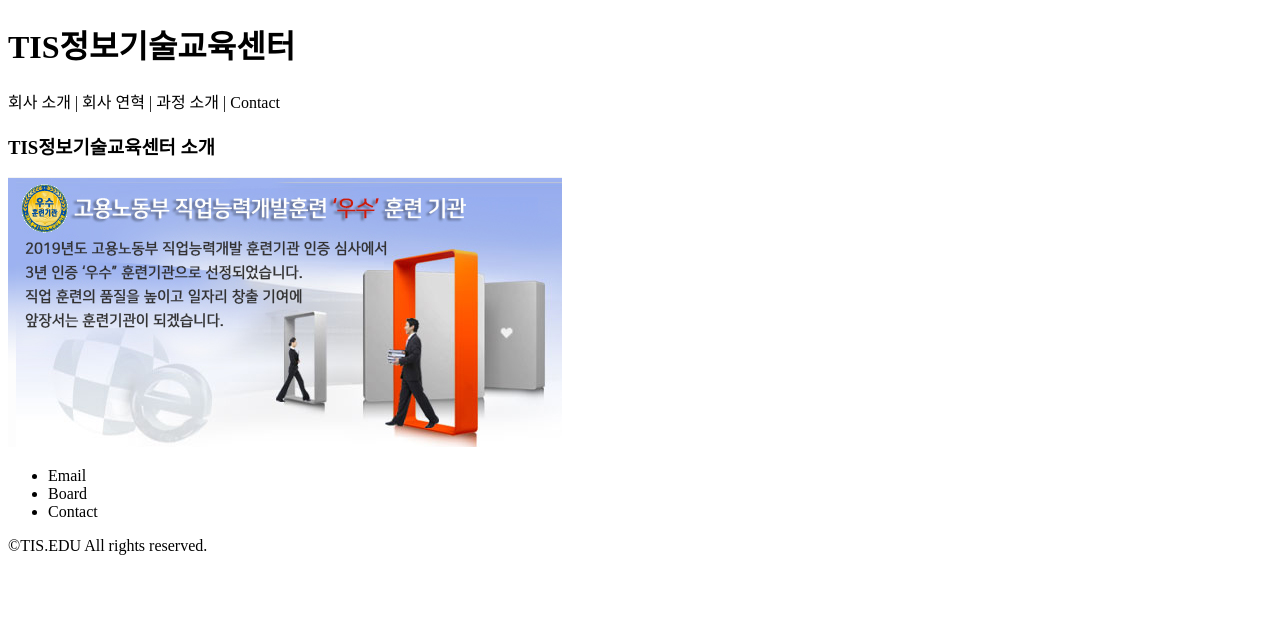
Repository: dkfagh/JSP_WS_2019_1
Page: http://localhost/191112/191112.jsp
These files come from the project's save history. The page is drawn as it stood at one moment and after the next save; the edit follows.
The browser window is 1280 px wide. The pictures show the whole page.
The page is served by Tomcat 9.

Above is the page before, as saved 2019-11-12 06:47:40.

After the next save:
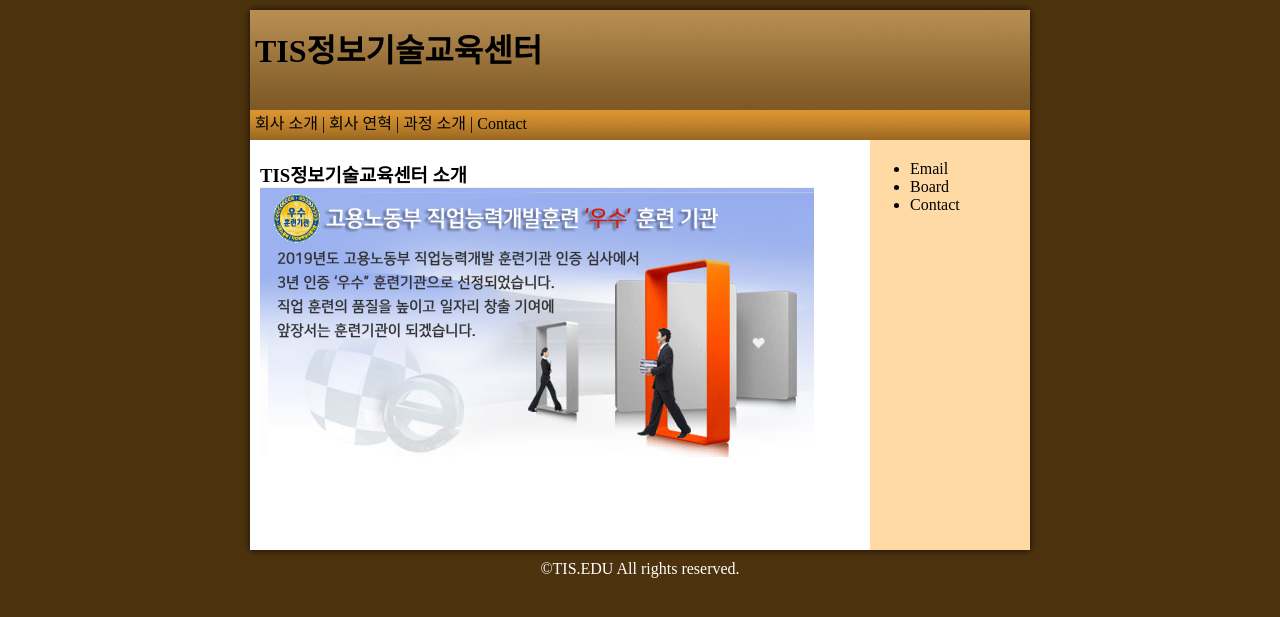
Saved 2 min 13 s later.
--- a/191112/WebContent/191112.jsp
+++ b/191112/WebContent/191112.jsp
@@ -5,6 +5,22 @@
 <head>
 <meta charset="UTF-8">
 <title>191112_JSP_02</title>
+<style>
+        *{margin:0;padding:0;}
+        body{background-color:#4C320D;}
+        /* margin:auto -> 좌우 여백 동일하게(가운데 정렬), width 설정해줘야함 */
+        #wrap{width:800px;margin:auto;}
+        #top{width:800px;height:10px;background-image: url("img/top.jpg");}
+        #header{width:800px;height:100px;background-image: url("img/header.jpg");
+                padding:15px;box-sizing: border-box;}
+        #menu{width:800px;height:30px;background-image: url("img/menu.jpg");
+              padding-left:15px;box-sizing: border-box;}
+        #content{width:800px;height:400px;background-image: url("img/content.jpg");
+                 padding:20px;box-sizing: border-box;}
+        #bottom{width:800px;height:20px;background-image: url("img/bottom.jpg");}
+        #footer{width:800px;text-align: center;color:white}
+        #left{width:650px;float: left;}
+    </style>
 </head>
 <body>
 	<div id="wrap">
